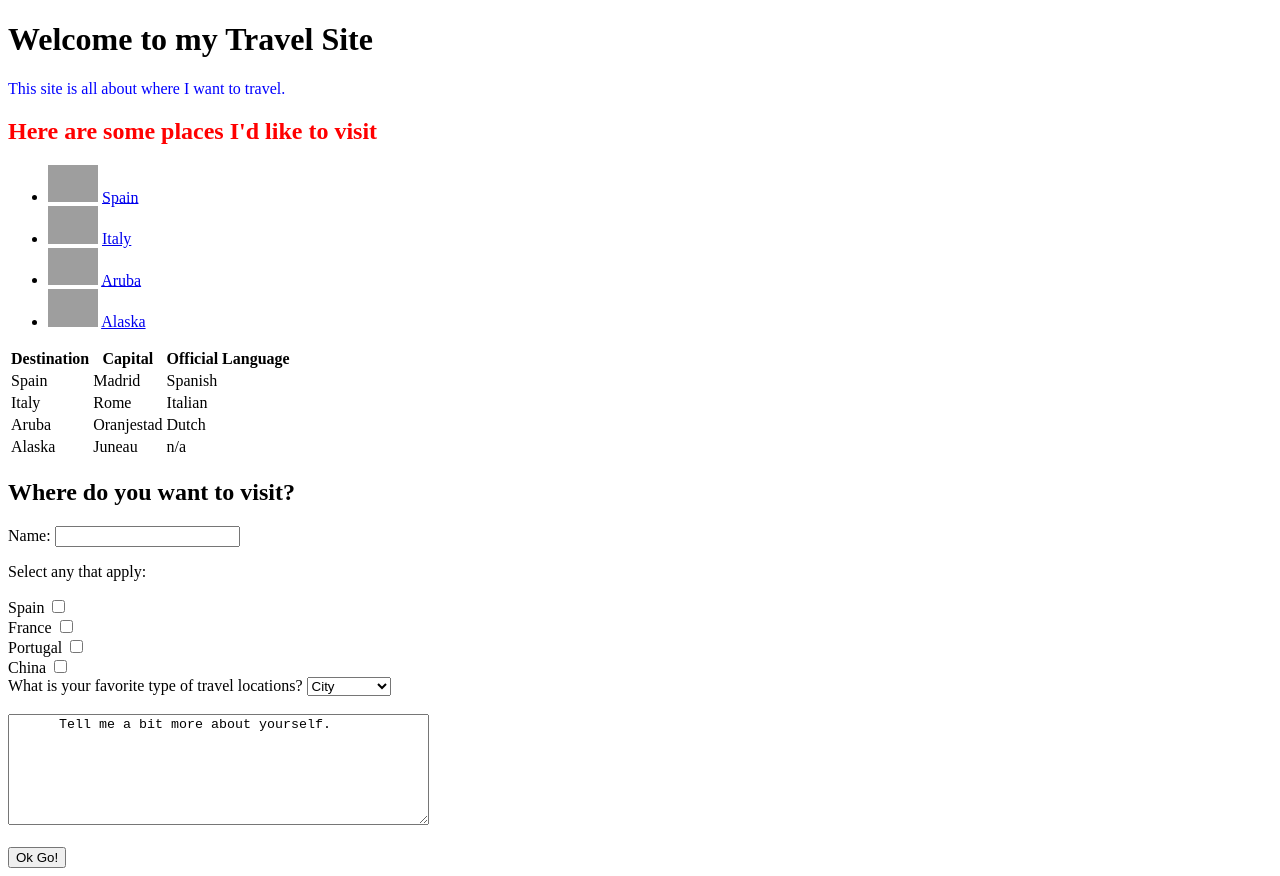
Repository: ayannasampson/FavRest
Page: rest.html
The author's editor kept a copy of each file at every save. The page is drawn from the files as they stood at one save, then again after the next save.
The browser window is 1280 px wide. The pictures show the whole page.
Pictures or frames that could not be fetched are drawn as grey boxes.

Above is the page before, as saved 2023-03-14 17:43:08.
Not found: basics.css

### rest.html
<!DOCTYPE html>
<html>

    <head>
      <title>My Travel Site</title>
      <link rel="stylesheet" href="basics.css">
    </head>
    <style>
      .red {
        color: red;
      }
      .blue {
        color: blue;
      }
    </style>
    <body>
      <h1> Welcome to my Travel Site</h1>
      <div class="blue">
      <p>This site is all about where I want to travel.</p>
    </div>
      <h2> <span class="red">Here are some places I'd like to visit </span></h2>
      <ul>
        <li>
          <img src="https://upload.wikimedia.org/wikipedia/en/9/9a/Flag_of_Spain.svg" width="50">
          <a href="http://www.spain.info/en_US/" target="_blank">Spain</a>
        </li>
        <li>
          <img src="https://upload.wikimedia.org/wikipedia/en/0/03/Flag_of_Italy.svg" width="50">
          <a href="http://www.italia.it/en/home.html" target="_blank">Italy</a>
        </li>
        <li>
          <img src="https://upload.wikimedia.org/wikipedia/commons/f/f6/Flag_of_Aruba.svg" width="50">
          <a href="http://www.arubatourism.com/" target="_blank">Aruba</a>
        </li>
        <li>
          <img src="https://upload.wikimedia.org/wikipedia/en/a/a4/Flag_of_the_United_States.svg"
               width="50">
          <a href="https://www.travelalaska.com/" target="_blank">Alaska</a>
        </li>
      </ul>
      <!-- This is where our list ended -->

<table>
  <tr>
    <th>Destination</th>
    <th>Capital</th>
    <th>Official Language</th>
  </tr>
  <tr>
    <td>Spain</td>
    <td>Madrid</td>
    <td>Spanish</td>
  </tr>
  <tr>
    <td>Italy</td>
    <td>Rome</td>
    <td>Italian</td>
  </tr>
  <tr>
    <td>Aruba</td>
    <td>Oranjestad</td>
    <td>Dutch</td>
  </tr>
  <tr>
    <td>Alaska</td>
    <td>Juneau</td>
    <td>n/a</td>
  </tr>
</table>
<h2> Where do you want to visit? </h2>
<form>
  <label for="name">Name: </label>
  <input type="text" id="name" name="name"
<br>
<p>Select any that apply:</p>
<label for="spain">Spain</label>
    <input type="checkbox" id="spain" name="spain"><br>

    <label for="france">France</label>
    <input type="checkbox" id="france" name="france"><br>

    <label for="portugal">Portugal</label>
    <input type="checkbox" id="portugal" name="portugal"><br>
    <label for="china">China</label>
    <input type="checkbox" id="china" name="china"><br>
    <label for="type">What is your favorite type of travel locations?</label>
        <select id="type" name="type">
            <option value="beach">Beach</option>
            <option value="mountains">Mountains</option>
            <option value="city" selected>City</option>
        </select>
        <br><br>
    <textarea id="bio" name="bio" rows="7" cols="50">
      Tell me a bit more about yourself.
    </textarea>
    <br><br>
    <input type=submit value="Ok Go!">
</form>

</body>
</html>

After the next save:
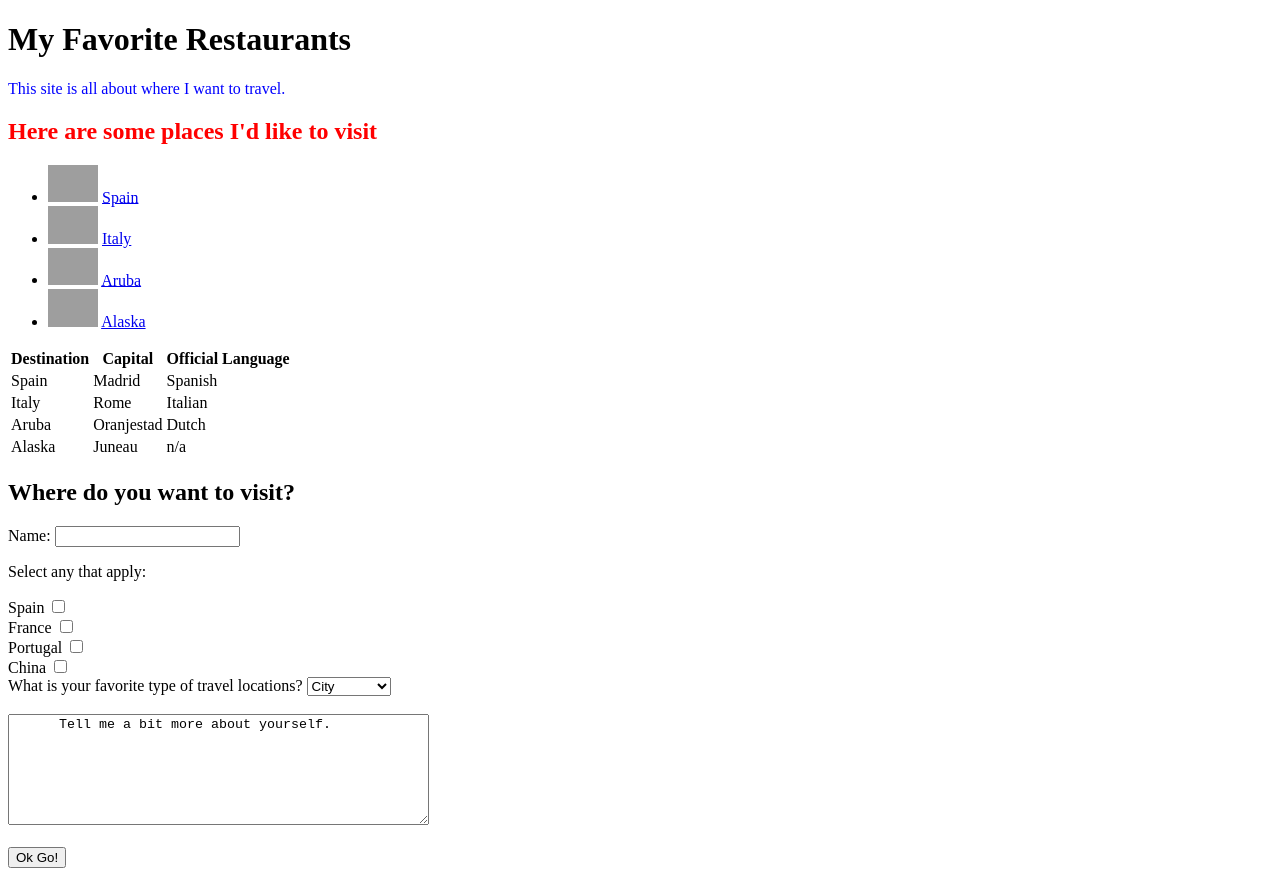
Saved 5 min 32 s later.
--- a/rest.html
+++ b/rest.html
@@ -2,7 +2,7 @@
 <html>
 
     <head>
-      <title>My Travel Site</title>
+      <title>Favorite Restaurants</title>
       <link rel="stylesheet" href="basics.css">
     </head>
     <style>
@@ -14,7 +14,7 @@
       }
     </style>
     <body>
-      <h1> Welcome to my Travel Site</h1>
+      <h1> My Favorite Restaurants</h1>
       <div class="blue">
       <p>This site is all about where I want to travel.</p>
     </div>
@@ -38,7 +38,6 @@
           <a href="https://www.travelalaska.com/" target="_blank">Alaska</a>
         </li>
       </ul>
-      <!-- This is where our list ended -->
 
 <table>
   <tr>
